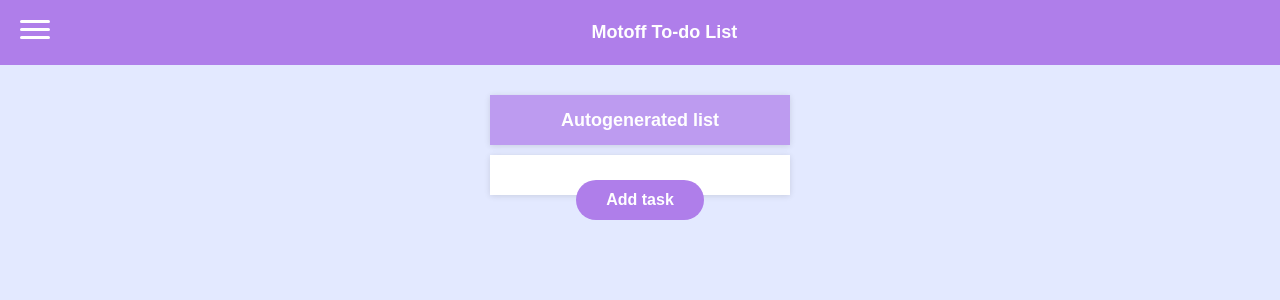
Repository: Amad-Mlinka/Todo-List-Vanilla-JS
Page: index.html
These files come from the project's save history. The page is drawn as it stood at one moment and after the next save; the edit follows.
The browser window is 1280 px wide. The pictures show the whole page.
The page's requests for data from a server got no answer.

Above is the page before, as saved 2021-09-15 02:06:37.

### index.html
<!DOCTYPE html>
<html lang="en">
  <head>
    <meta charset="UTF-8" />
    <meta http-equiv="X-UA-Compatible" content="IE=edge" />
    <meta name="viewport" content="width=device-width, initial-scale=1.0" />
    <title>ToDo list</title>
    <link rel="stylesheet" href="/styles/style.css" />
    <link rel="stylesheet" href="/styles/hamburger.css" />
    <link rel="stylesheet" href="/styles/header.css" />
    <script src="script.js"></script>
  </head>
  <body>
    <div class="headerContainer">
      <div class="header">
        <div class="hamburger" id="hamburger">
          <span></span>
          <span></span>
          <span></span>
        </div>
        <div class="titleContainer">
          <span class="title">Motoff To-do List</span>
        </div>
      </div>

      <div class="sidebar"></div>
    </div>
    <div class="container">
      <div class="listContainer">
        <div class="listItem" id="autogenerated">
          <div class="todoHeader">Autogenerated list</div>
          <div class="todoData"></div>
          <div class="addBtnContainer">
            <div class="addTaskBtn">Add task</div>
          </div>
        </div>

      </div>
    </div>
  </body>
</html>

### styles/style.css
* {
  padding: 0;
  margin: 0;
}

body {
  background-color: rgb(227, 233, 255);
}
.container {
  display: flex;
  flex-direction: column;
  width: 80%;
  margin: auto;
}
.listContainer {
  width: 100%;
  display: flex;
  flex-direction: row;
  flex-wrap: wrap;
  justify-content: center;
}
.listItem {
  display: flex;
  flex-direction: column;
  width: 300px;
  margin: 30px;

}
.todoHeader {
  width: 100%;
  padding: 10px 0px;
  display: flex;
  justify-content: center;
  align-items: center;
  height: 30px;
  background: #af7eeab9;
  font-family: sans-serif;
  font-size: 18px;
  font-weight: bolder;
  color: white;
  margin-bottom: 10px;
  box-shadow: 0px 1px 6px 0px rgb(0 0 0 / 12%);
  -webkit-box-shadow: 0px 1px 6px 0px rgb(0 0 0 / 12%);
  -moz-box-shadow: 0px 1px 6px 0px rgb(0 0 0 / 12%);
}
.todoData {
  display: flex;
  flex-direction: column;
  background: #fff;
  padding: 20px;
  box-shadow: 0px 1px 6px 0px rgb(0 0 0 / 12%);
  -webkit-box-shadow: 0px 1px 6px 0px rgb(0 0 0 / 12%);
  -moz-box-shadow: 0px 1px 6px 0px rgb(0 0 0 / 12%);
}
.todoItem {
  display: flex;
  width: 100%;
  justify-content: space-between;
  margin: 10px 0;
}
.checkDescription {
  width: fit-content;
  max-width: 90%;
  display: flex;
  align-items: center;
}
.todoCheck {
  margin-right: 20px;
}

.deleteIcon {
  width: 13px;
  color: #b7bac9;
}
.checkCircle {
  width: 1.3em;
  height: 1.3em;
  background-color: white;
  border-radius: 50%;
  vertical-align: middle;
  border: 2px solid #b7bac9;
  appearance: none;
  -webkit-appearance: none;
  outline: none;
  cursor: pointer;
}
.checkCircle:checked {
  background-color: #af7eeab9;
}
.todoDescription {
  font-family: sans-serif;
  font-size: 16px;
  font-weight: bolder;
  color: #b7bac9;
  overflow-wrap: anywhere;
}

.addBtnContainer {
  margin: -15px auto 0px auto;
  height: 30px;
  padding: 5px 30px;
  border-radius: 20px;
  background: #af7eea;
  font-family: sans-serif;
  font-weight: bolder;
  color: #fff;
  display: flex;
  align-items: center;
  cursor: pointer;
  transition: all 0.3s ease-in-out;
}
.addBtnContainer:hover {
  transform: scale(1.1);
  transition: all 0.3s ease-in-out;
}

### styles/hamburger.css

  .hamburger {
    width: 30px;
    height: 25px;
    position: relative;
    -webkit-transform: rotate(0deg);
    -moz-transform: rotate(0deg);
    -o-transform: rotate(0deg);
    transform: rotate(0deg);
    -webkit-transition: 0.5s ease-in-out;
    -moz-transition: 0.5s ease-in-out;
    -o-transition: 0.5s ease-in-out;
    transition: 0.5s ease-in-out;
    cursor: pointer;
    margin: 10px;
  }

  .hamburger span {
    position: absolute;
    height: 3px;
    width: 30px;
    background: white;
    border-radius: 10px;
    opacity: 1;
    left: 0;
    -webkit-transform: rotate(0deg);
    -moz-transform: rotate(0deg);
    -o-transform: rotate(0deg);
    transform: rotate(0deg);
    -webkit-transition: 0.25s ease-in-out;
    -moz-transition: 0.25s ease-in-out;
    -o-transition: 0.25s ease-in-out;
    transition: 0.25s ease-in-out;
  }


  .hamburger span:nth-child(1) {
  top: 0px;
  -webkit-transform-origin: left center;
  -moz-transform-origin: left center;
  -o-transform-origin: left center;
  transform-origin: left center;
  }

  .hamburger span:nth-child(2) {
  top: 8px;
  -webkit-transform-origin: left center;
  -moz-transform-origin: left center;
  -o-transform-origin: left center;
  transform-origin: left center;
  }

  .hamburger span:nth-child(3) {
  top: 16px;
  -webkit-transform-origin: left center;
  -moz-transform-origin: left center;
  -o-transform-origin: left center;
  transform-origin: left center;
  }

  .hamburger.open span:nth-child(1) {
  -webkit-transform: rotate(45deg);
  -moz-transform: rotate(45deg);
  -o-transform: rotate(45deg);
  transform: rotate(45deg);
  top: -3px;
  left: 4px;
  }

  .hamburger.open span:nth-child(2) {
  width: 0%;
  opacity: 0;
  }

  .hamburger.open span:nth-child(3) {
  -webkit-transform: rotate(-45deg);
  -moz-transform: rotate(-45deg);
  -o-transform: rotate(-45deg);
  transform: rotate(-45deg);
  top: 18px;
  left: 4px;
  }

### styles/header.css
.header{
    display: flex;
    flex-direction: row;
    justify-content:space-between;
    background-color:#af7eea;
    padding: 10px;
}
.titleContainer{
    width: 100%;
    display: flex;
}
.title{
    color: white;
    margin: auto;
    font-family: sans-serif;
    font-size:18px;
    font-weight: bolder;
}

### script.js
var getTodos = async () => {
    var res = await fetch("https://jsonplaceholder.typicode.com/todos");
    var todosFull = await res.json();
    var todos = todosFull.slice(0, 20);
    console.log("Todos loaded")
    return todos;
}
var todoList = {
    todos: [],
    addTodo: function(todoText) {
        this.todos.push({
            todoText: todoText,
            completed: false
        });
    },
    changeTodo: function(position, todoText) {
        this.todos[position].todoText = todoText;
    },
    deleteTodo: function(position) {
        this.todos.splice(position, 1);
    },
    toggleCompleted: function(position) {
        var todo = this.todos[position];
        todo.completed = !todo.completed;
    },
    toggleAll: function() {
        var totalTodos = this.todos.length;
        var completedTodos = 0;

        // Get number of completed todos.
        this.todos.forEach(function(todo) {
            if (todo.completed === true) {
                completedTodos++;
            }
        });
        this.todos.forEach(function(todo) {
            // Case 1: If everything’s true, make everything false.
            if (completedTodos === totalTodos) {
                todo.completed = false;
                // Case 2: Otherwise, make everything true.
            } else {
                todo.completed = true;
            }
        })
    }
};

document.addEventListener("DOMContentLoaded", async function () {
    const hamburger = document.getElementById("hamburger");
    hamburger.addEventListener("click", function () {
        if (this.classList.contains("open")) {
            this.classList.remove("open")
        } else {
            this.classList.add("open")
        }
    })
    console.log("Hamburger loaded");
    todos = await getTodos();

    console.log()




});

After the next save:
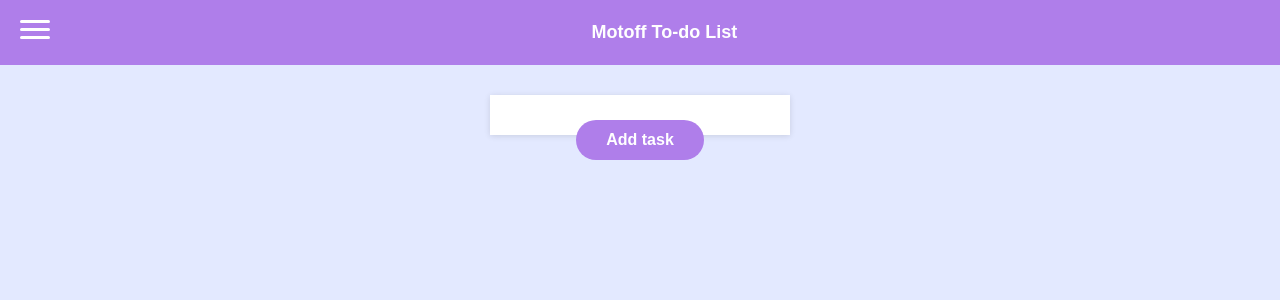
Saved 27 s later.
--- a/index.html
+++ b/index.html
@@ -28,7 +28,7 @@
     <div class="container">
       <div class="listContainer">
         <div class="listItem" id="autogenerated">
-          <div class="todoHeader">Autogenerated list</div>
+
           <div class="todoData"></div>
           <div class="addBtnContainer">
             <div class="addTaskBtn">Add task</div>

After the save that followed:
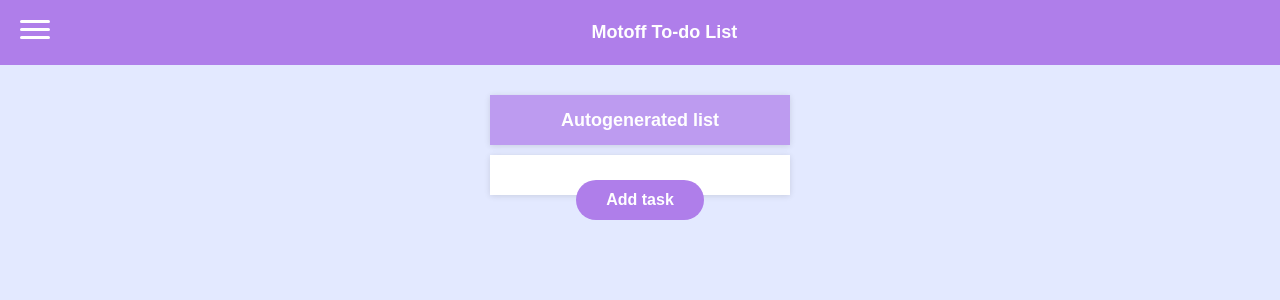
Saved 11 s later.
--- a/index.html
+++ b/index.html
@@ -28,7 +28,7 @@
     <div class="container">
       <div class="listContainer">
         <div class="listItem" id="autogenerated">
-
+          <div class="todoHeader">Autogenerated list</div>
           <div class="todoData"></div>
           <div class="addBtnContainer">
             <div class="addTaskBtn">Add task</div>
